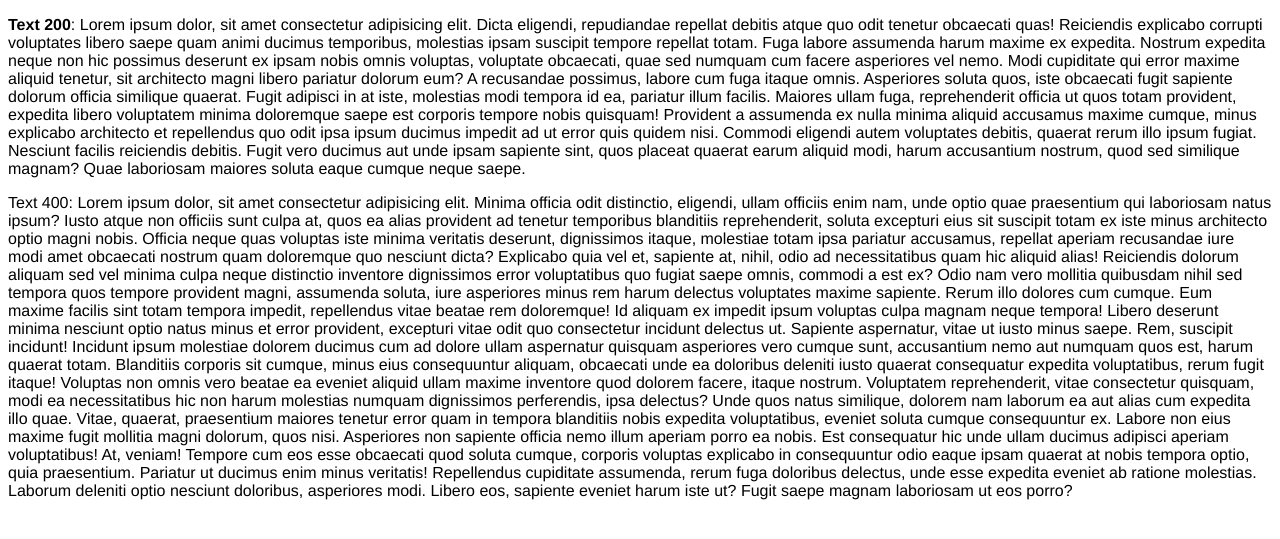
Repository: j4tdn/java18-repository
Page: 2. CSS3/ex04-css-float.html
These files come from the project's save history. The page is drawn as it stood at one moment and after the next save; the edit follows.
The browser window is 1280 px wide. The pictures show the whole page.

Above is the page before, as saved 2023-10-21 18:49:27.

After the next save:
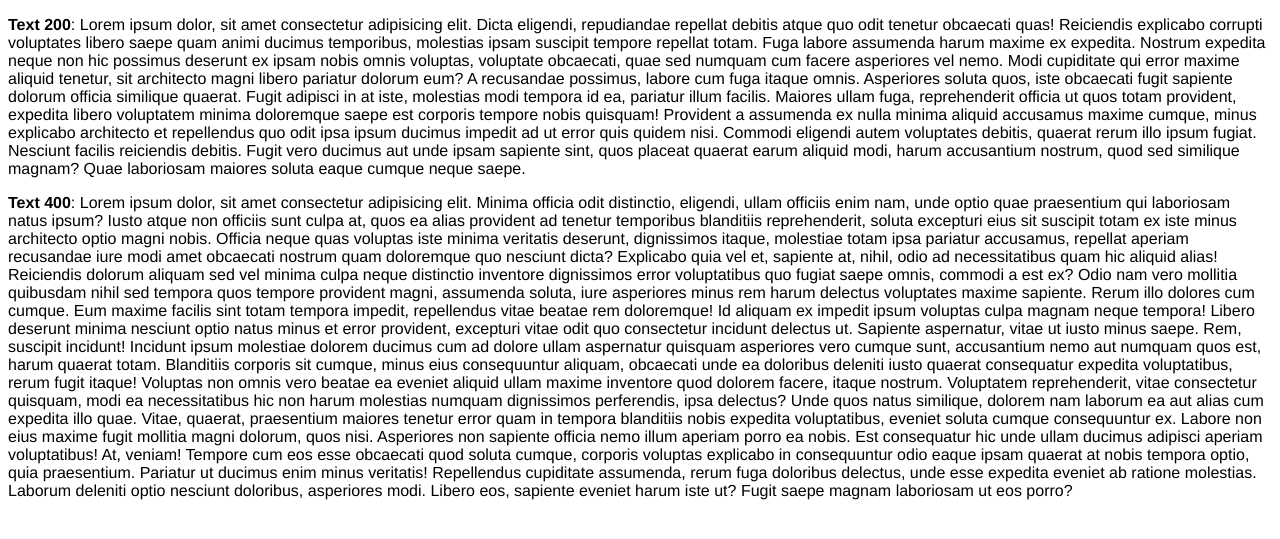
Saved 16 s later.
--- a/2. CSS3/ex04-css-float.html
+++ b/2. CSS3/ex04-css-float.html
@@ -33,34 +33,34 @@
       maiores soluta eaque cumque neque saepe.
     </p>
     <p>
-      Text 400: Lorem ipsum dolor, sit amet consectetur adipisicing elit. Minima
-      officia odit distinctio, eligendi, ullam officiis enim nam, unde optio
-      quae praesentium qui laboriosam natus ipsum? Iusto atque non officiis sunt
-      culpa at, quos ea alias provident ad tenetur temporibus blanditiis
-      reprehenderit, soluta excepturi eius sit suscipit totam ex iste minus
-      architecto optio magni nobis. Officia neque quas voluptas iste minima
-      veritatis deserunt, dignissimos itaque, molestiae totam ipsa pariatur
-      accusamus, repellat aperiam recusandae iure modi amet obcaecati nostrum
-      quam doloremque quo nesciunt dicta? Explicabo quia vel et, sapiente at,
-      nihil, odio ad necessitatibus quam hic aliquid alias! Reiciendis dolorum
-      aliquam sed vel minima culpa neque distinctio inventore dignissimos error
-      voluptatibus quo fugiat saepe omnis, commodi a est ex? Odio nam vero
-      mollitia quibusdam nihil sed tempora quos tempore provident magni,
-      assumenda soluta, iure asperiores minus rem harum delectus voluptates
-      maxime sapiente. Rerum illo dolores cum cumque. Eum maxime facilis sint
-      totam tempora impedit, repellendus vitae beatae rem doloremque! Id aliquam
-      ex impedit ipsum voluptas culpa magnam neque tempora! Libero deserunt
-      minima nesciunt optio natus minus et error provident, excepturi vitae odit
-      quo consectetur incidunt delectus ut. Sapiente aspernatur, vitae ut iusto
-      minus saepe. Rem, suscipit incidunt! Incidunt ipsum molestiae dolorem
-      ducimus cum ad dolore ullam aspernatur quisquam asperiores vero cumque
-      sunt, accusantium nemo aut numquam quos est, harum quaerat totam.
-      Blanditiis corporis sit cumque, minus eius consequuntur aliquam, obcaecati
-      unde ea doloribus deleniti iusto quaerat consequatur expedita
-      voluptatibus, rerum fugit itaque! Voluptas non omnis vero beatae ea
-      eveniet aliquid ullam maxime inventore quod dolorem facere, itaque
-      nostrum. Voluptatem reprehenderit, vitae consectetur quisquam, modi ea
-      necessitatibus hic non harum molestias numquam dignissimos perferendis,
+      <span class="text-bold">Text 400</span>: Lorem ipsum dolor, sit amet
+      consectetur adipisicing elit. Minima officia odit distinctio, eligendi,
+      ullam officiis enim nam, unde optio quae praesentium qui laboriosam natus
+      ipsum? Iusto atque non officiis sunt culpa at, quos ea alias provident ad
+      tenetur temporibus blanditiis reprehenderit, soluta excepturi eius sit
+      suscipit totam ex iste minus architecto optio magni nobis. Officia neque
+      quas voluptas iste minima veritatis deserunt, dignissimos itaque,
+      molestiae totam ipsa pariatur accusamus, repellat aperiam recusandae iure
+      modi amet obcaecati nostrum quam doloremque quo nesciunt dicta? Explicabo
+      quia vel et, sapiente at, nihil, odio ad necessitatibus quam hic aliquid
+      alias! Reiciendis dolorum aliquam sed vel minima culpa neque distinctio
+      inventore dignissimos error voluptatibus quo fugiat saepe omnis, commodi a
+      est ex? Odio nam vero mollitia quibusdam nihil sed tempora quos tempore
+      provident magni, assumenda soluta, iure asperiores minus rem harum
+      delectus voluptates maxime sapiente. Rerum illo dolores cum cumque. Eum
+      maxime facilis sint totam tempora impedit, repellendus vitae beatae rem
+      doloremque! Id aliquam ex impedit ipsum voluptas culpa magnam neque
+      tempora! Libero deserunt minima nesciunt optio natus minus et error
+      provident, excepturi vitae odit quo consectetur incidunt delectus ut.
+      Sapiente aspernatur, vitae ut iusto minus saepe. Rem, suscipit incidunt!
+      Incidunt ipsum molestiae dolorem ducimus cum ad dolore ullam aspernatur
+      quisquam asperiores vero cumque sunt, accusantium nemo aut numquam quos
+      est, harum quaerat totam. Blanditiis corporis sit cumque, minus eius
+      consequuntur aliquam, obcaecati unde ea doloribus deleniti iusto quaerat
+      consequatur expedita voluptatibus, rerum fugit itaque! Voluptas non omnis
+      vero beatae ea eveniet aliquid ullam maxime inventore quod dolorem facere,
+      itaque nostrum. Voluptatem reprehenderit, vitae consectetur quisquam, modi
+      ea necessitatibus hic non harum molestias numquam dignissimos perferendis,
       ipsa delectus? Unde quos natus similique, dolorem nam laborum ea aut alias
       cum expedita illo quae. Vitae, quaerat, praesentium maiores tenetur error
       quam in tempora blanditiis nobis expedita voluptatibus, eveniet soluta
